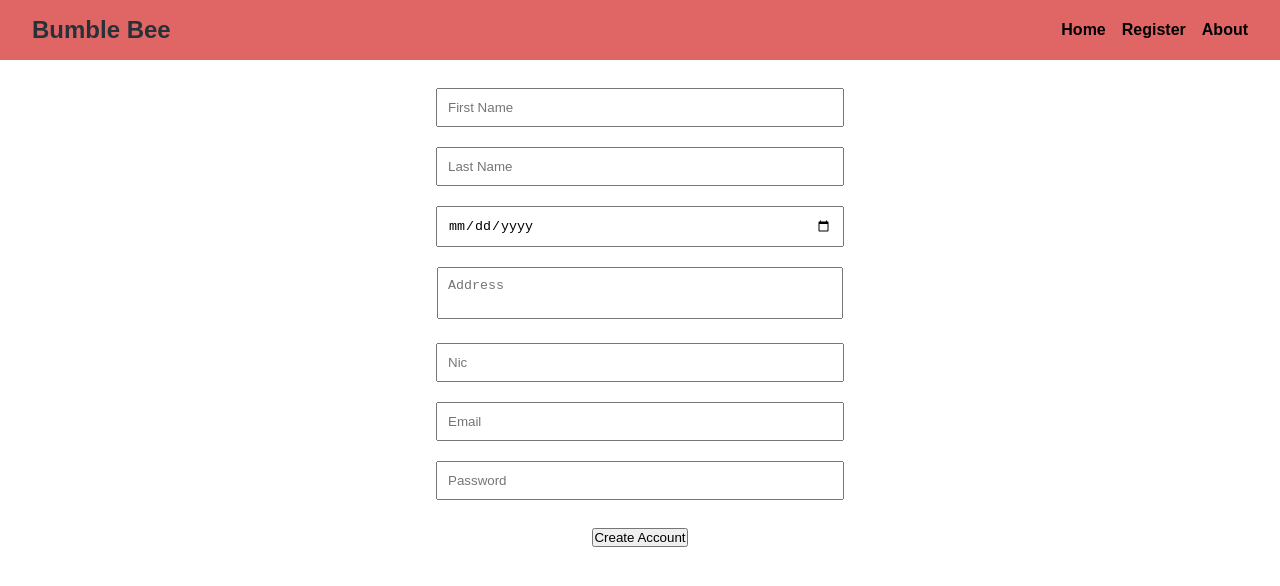
Repository: developerks611/Bumble-bee
Page: http://localhost/Bumble/add-customer.jsp
The author's editor kept a copy of each file at every save. The page is drawn from the files as they stood at one save, then again after the next save.
The browser window is 1280 px wide. The pictures show the whole page.
The page is served by Tomcat 9. Other server files are loaded and not shown.

Above is the page before, as saved 2023-02-28 03:45:30.

### Bumble/src/main/webapp/add-customer.jsp
<%@ page language="java" contentType="text/html; charset=ISO-8859-1"
    pageEncoding="ISO-8859-1" isELIgnored="false"%>
 <%@ taglib prefix = "tag" uri = "http://java.sun.com/jsp/jstl/core" %>
<!DOCTYPE html>
<html>
<head>

<style>
textarea{
	resize:none;
}

* {
  padding: 0;
  margin: 0;
}

body {
  font-family: Arial, Tahoma, Serif;
  color: #263238;
}

nav {
  display: flex;
  justify-content:space-between;
  align-items: center;
  padding: 1rem 2rem;
  background: #e06666;
}

nav ul {
  display: flex;
  list-style: none;
}

nav li {
  padding-left: 1rem;
}

nav a {
  text-decoration: none;
  color: black;
  font-weight:bold;
}

.container {
 text-align:center;
}

.txt_input{

	width:30%;
	height:auto;
	margin:10px;
	padding:10px;
}


 /*
  Extra small devices (phones, 600px and down)
*/
@media only screen and (max-width: 600px) {
  nav {
    flex-direction: column;
  }
  nav ul {
    flex-direction: column;
    padding-top: 0.5rem;
  }
  nav li {
    padding: 0.5rem 0;
  }
}
</style>
<meta charset="ISO-8859-1">
<title>Customer Registration</title>
</head>
<body>


<nav>
  <h2>Bumble Bee</h2>
  <ul>
    <li><a href="#">Home</a></li>
    <li><a href="#">Register</a></li>
    <li><a href="#">About</a></li>
  </ul>
</nav><br>

<div  class="container">
<p>${message }<p>
<form action="addData" method="post">
<input type="text" name="fname" placeholder="First Name" required class="txt_input"><br>
<input type="text" name="lname" placeholder="Last Name" required class="txt_input"><br>
<input type="date" name="dob" required class="txt_input"><br>
<textarea placeholder="Address" required name="adress" required class="txt_input"></textarea ><br>
<input type="text" name="nic" placeholder="Nic" required class="txt_input"><br>
<input type="email" name="email" placeholder="Email" required class="txt_input"><br>
<input type="password" name="password" placeholder="Password" required class="txt_input"><br><br>
<input type="hidden" name="action" value="addClient">
<button type="submit" class="btn btn-success createAccount">Create Account</button>

</form>
</div>
</body>
</html>

After the next save:
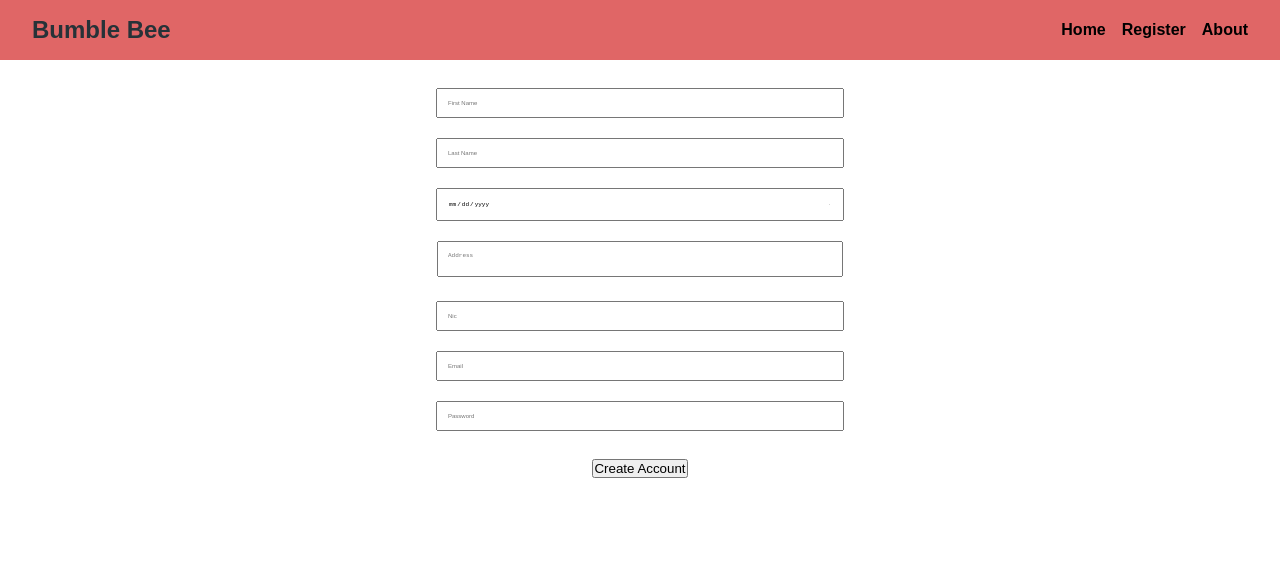
Saved 111 s later.
--- a/Bumble/src/main/webapp/add-customer.jsp
+++ b/Bumble/src/main/webapp/add-customer.jsp
@@ -53,6 +53,7 @@ nav a {
 	height:auto;
 	margin:10px;
 	padding:10px;
+	font-size:10%;
 }
 
 
